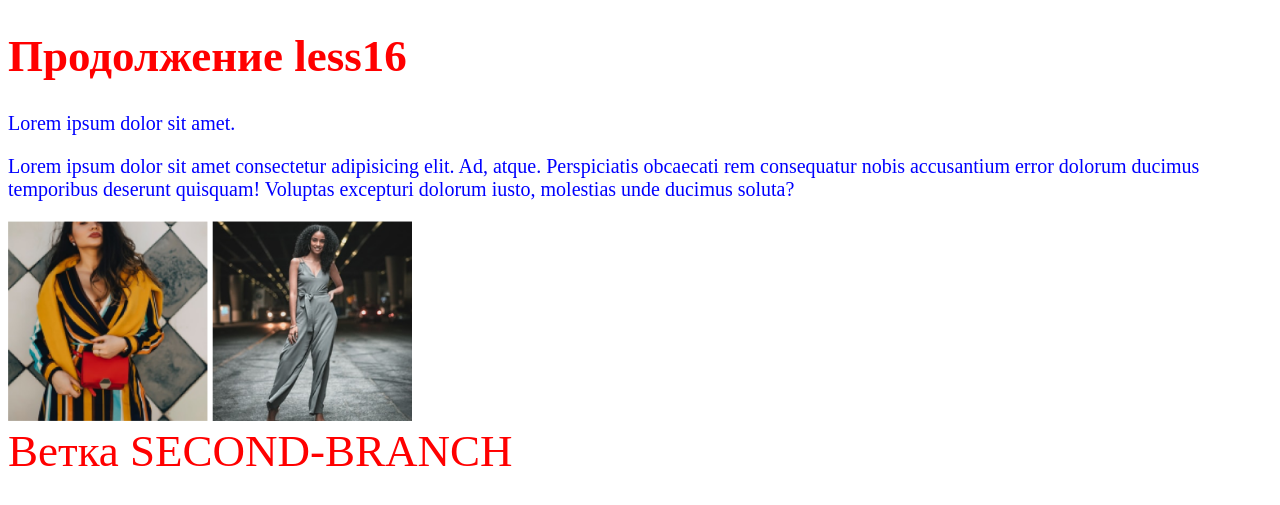
Repository: sparrowkg/lessen16
Page: index.html
The author's editor kept a copy of each file at every save. The page is drawn from the files as they stood at one save, then again after a run of saves.
The browser window is 1280 px wide. The pictures show the whole page.

Above is the page before, as saved 2024-02-07 17:13:01.

After the next 2 saves:
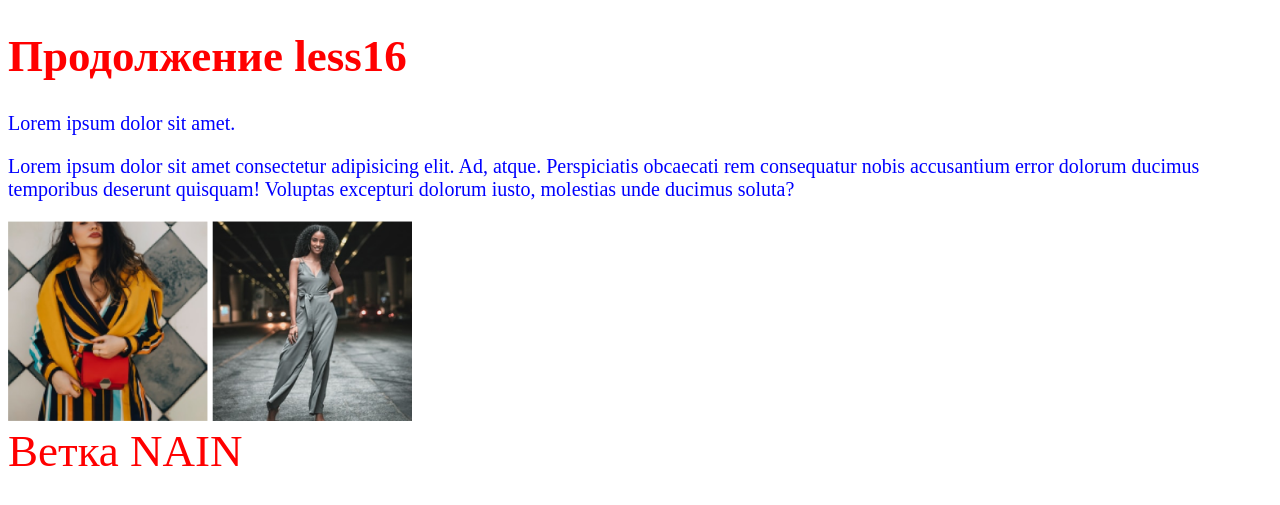
The 2 saves are shown as one change because they came seconds apart.
The last was saved 12 min 18 s later.
--- a/index.html
+++ b/index.html
@@ -12,7 +12,7 @@
     <p>Lorem ipsum dolor sit amet consectetur adipisicing elit. Ad, atque. Perspiciatis obcaecati rem consequatur nobis accusantium error dolorum ducimus temporibus deserunt quisquam! Voluptas excepturi dolorum iusto, molestias unde ducimus soluta?</p>
     <img src="./images/Rectangle 13.png" alt="">
     <img src="./images/Rectangle 14.png" alt="">
-    <div>Ветка SECOND-BRANCH</div>
-
+    <div>Ветка NAIN</div>
+    <div></div>
 </body>
 </html>
